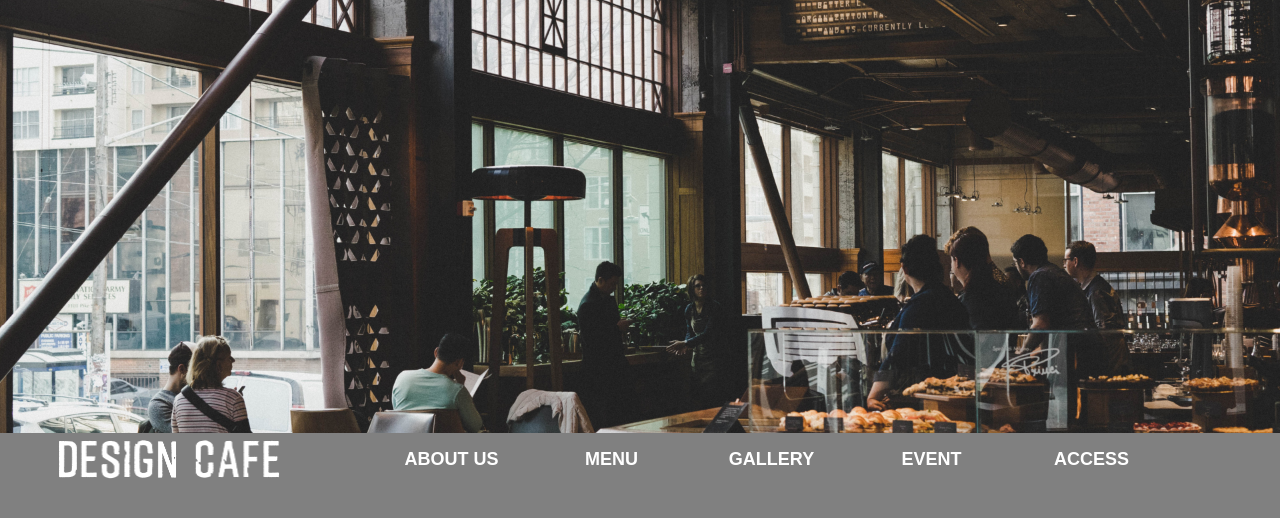
Repository: sonoyama01/dezasuta
Page: 第4回課題/index.html
The author's editor kept a copy of each file at every save. The page is drawn from the files as they stood at one save, then again after the next save.
The browser window is 1280 px wide. The pictures show the whole page.

Above is the page before, as saved 2024-05-01 23:45:24.

After the next save:
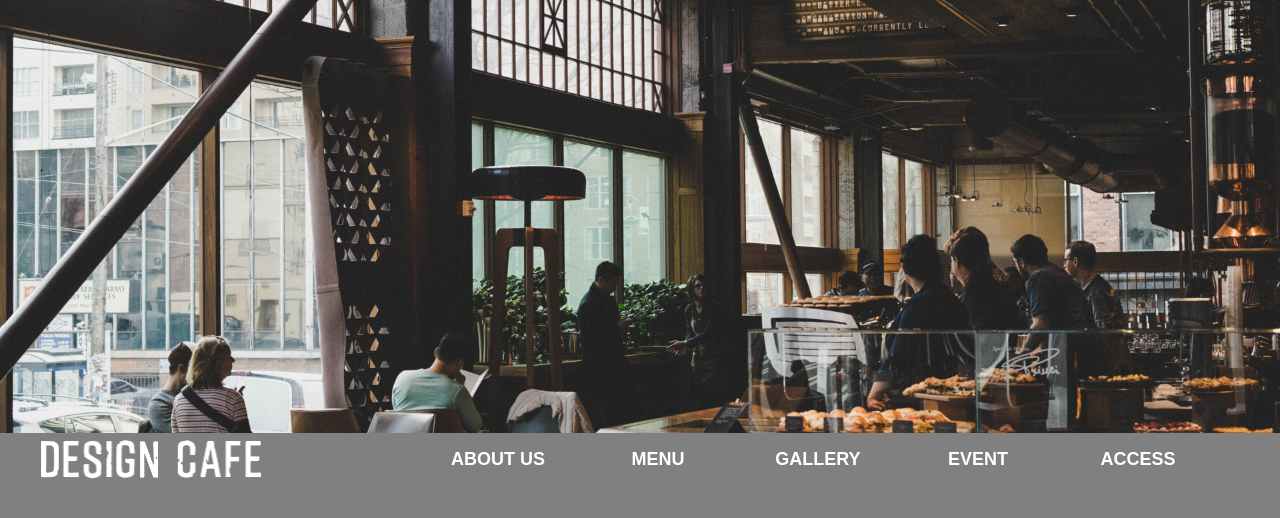
Saved 119 s later.
--- a/第4回課題/css/style.css
+++ b/第4回課題/css/style.css
@@ -71,5 +71,5 @@ body {
   display: flex;
   justify-content: space-between;
   align-items: center;
-  padding: 0 136px 0 56px;
+  padding: 0 7% 0 3%;
 }
